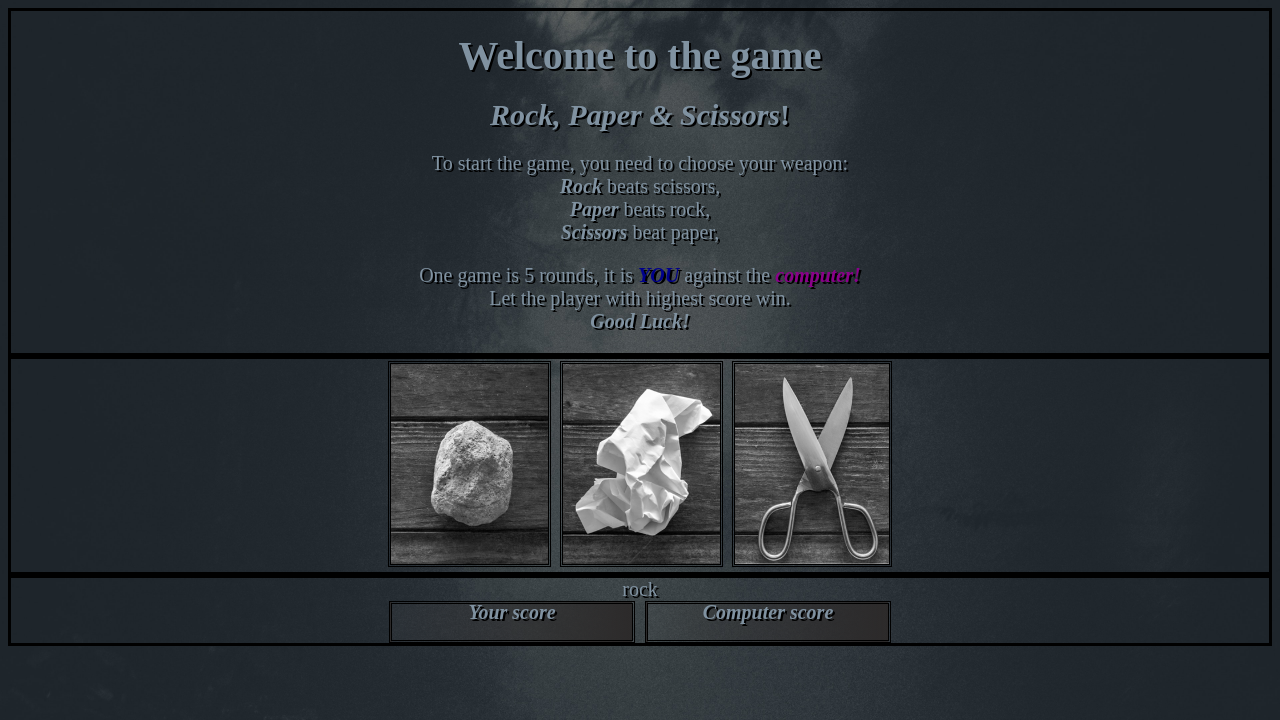
Repository: agneta1991/rock-paper-scissors
Page: Desktop/coding/index.html
The author's editor kept a copy of each file at every save. The page is drawn from the files as they stood at one save, then again after the next save.
The browser window is 1280 px wide. The pictures show the whole page.

Above is the page before, as saved 2023-03-03 10:12:51.

After the next save:
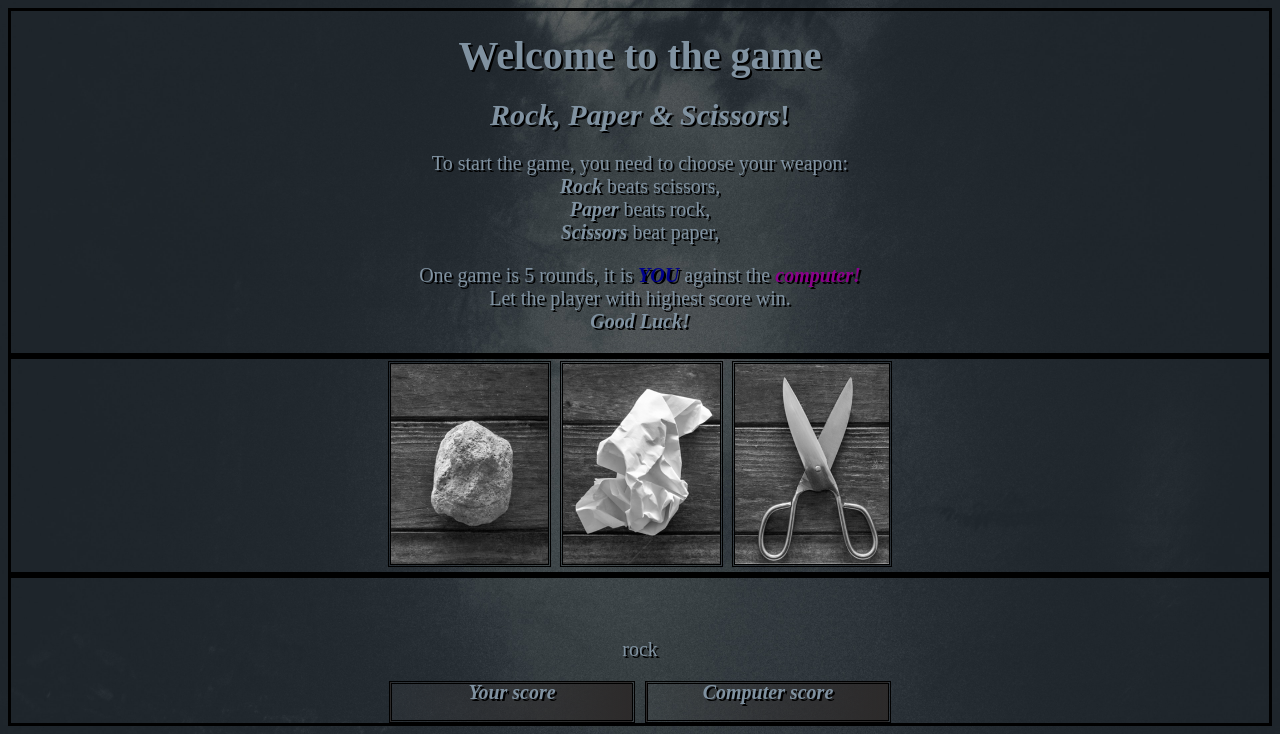
Saved 21 s later.
--- a/Desktop/coding/styles.css
+++ b/Desktop/coding/styles.css
@@ -74,7 +74,7 @@
 }
 
 #playerChoice, #computerChoice{
-    padding: 0%;
+    padding: 20px;
     display: flex;
     justify-content: center;
     text-align: center;

After the save that followed:
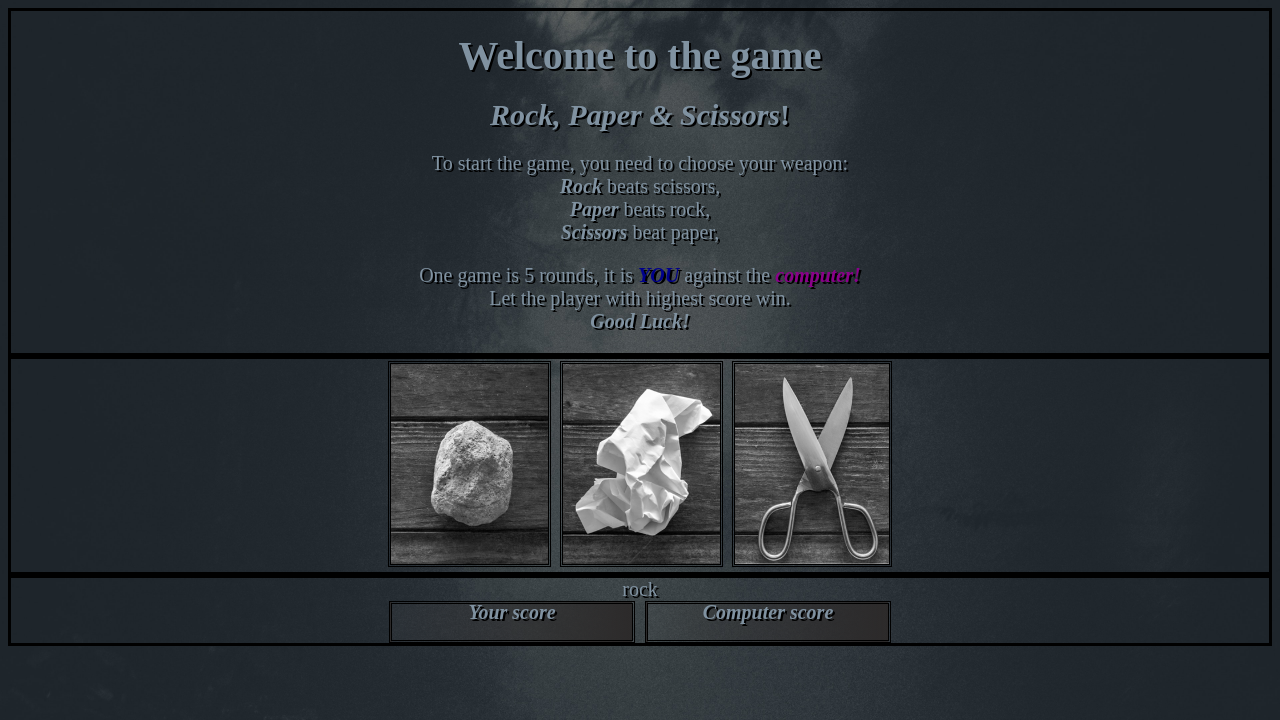
Saved 12 s later.
--- a/Desktop/coding/styles.css
+++ b/Desktop/coding/styles.css
@@ -74,7 +74,7 @@
 }
 
 #playerChoice, #computerChoice{
-    padding: 20px;
+    padding: 0%;
     display: flex;
     justify-content: center;
     text-align: center;
